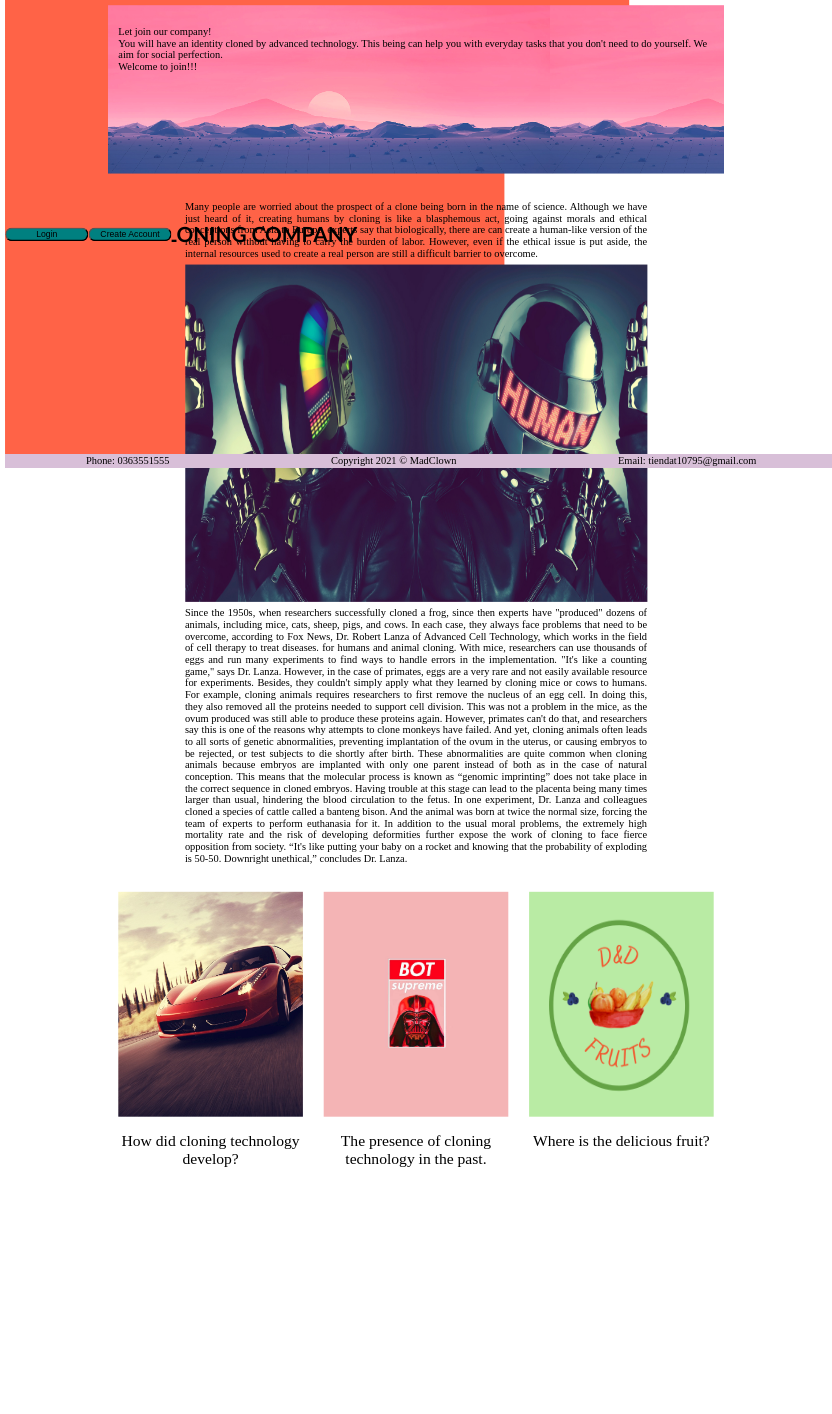
Repository: madd107/demo-form
Page: Assigment_FEE/CaseStudy_1.html
An editor plug-in stored every save of this project. The page is shown before and after the next save, followed by the edit.
The browser window is 1280 px wide. The pictures show the whole page, at 65% of full size.

Above is the page before, as saved 2021-10-01 01:37:20.

### Assigment_FEE/CaseStudy_1.html
<!DOCTYPE html>
<html lang="en">
  <head>
    <meta charset="UTF-8" />
    <meta http-equiv="X-UA-Compatible" content="IE=edge" />
    <meta name="viewport" content="width=device-width, initial-scale=1.0" />
    <title>CaseStudy_1</title>
    <link rel="stylesheet" href="css/CaseStudy_1.css" />
  </head>
  <body>
    <div class="wrapper">
      <div class="wrapper topbar">
        <li class="topbar logo">
          <img src="image/Screenshot from 2021-09-29 23-32-12.png" alt="" />
        </li>
        <li class="topbar title">
          <h1>Cloning Company</h1>
        </li>
        <li class="topbar login">
          <button>Login</button>
          <button>Create Account</button>
        </li>
      </div>
      <div class="wrapper main">
        <div class="main header">
          <p>
            Let join our company! <br />
            You will have an identity cloned by advanced technology. This being
            can help you with everyday tasks that you don't need to do yourself.
            We aim for social perfection. <br />
            Welcome to join!!!
          </p>
        </div>
        <div class="main content">
          <p>
            Many people are worried about the prospect of a clone being born in
            the name of science. Although we have just heard of it, creating
            humans by cloning is like a blasphemous act, going against morals
            and ethical conceptions from Asia to Europe, experts say that
            biologically, there are can create a human-like version of the real
            person without having to carry the burden of labor. However, even if
            the ethical issue is put aside, the internal resources used to
            create a real person are still a difficult barrier to overcome.
          </p>
          <img src="image/wallpaper_hd_by_sinhvienit (25).JPG" alt="" />
          <p>
            Since the 1950s, when researchers successfully cloned a frog, since
            then experts have "produced" dozens of animals, including mice,
            cats, sheep, pigs, and cows. In each case, they always face problems
            that need to be overcome, according to Fox News, Dr. Robert Lanza of
            Advanced Cell Technology, which works in the field of cell therapy
            to treat diseases. for humans and animal cloning. With mice,
            researchers can use thousands of eggs and run many experiments to
            find ways to handle errors in the implementation. "It's like a
            counting game," says Dr. Lanza. However, in the case of primates,
            eggs are a very rare and not easily available resource for
            experiments. Besides, they couldn't simply apply what they learned
            by cloning mice or cows to humans. For example, cloning animals
            requires researchers to first remove the nucleus of an egg cell. In
            doing this, they also removed all the proteins needed to support
            cell division. This was not a problem in the mice, as the ovum
            produced was still able to produce these proteins again. However,
            primates can't do that, and researchers say this is one of the
            reasons why attempts to clone monkeys have failed. And yet, cloning
            animals often leads to all sorts of genetic abnormalities,
            preventing implantation of the ovum in the uterus, or causing
            embryos to be rejected, or test subjects to die shortly after birth.
            These abnormalities are quite common when cloning animals because
            embryos are implanted with only one parent instead of both as in the
            case of natural conception. This means that the molecular process is
            known as “genomic imprinting” does not take place in the correct
            sequence in cloned embryos. Having trouble at this stage can lead to
            the placenta being many times larger than usual, hindering the blood
            circulation to the fetus. In one experiment, Dr. Lanza and
            colleagues cloned a species of cattle called a banteng bison. And
            the animal was born at twice the normal size, forcing the team of
            experts to perform euthanasia for it. In addition to the usual moral
            problems, the extremely high mortality rate and the risk of
            developing deformities further expose the work of cloning to face
            fierce opposition from society. “It's like putting your baby on a
            rocket and knowing that the probability of exploding is 50-50.
            Downright unethical,” concludes Dr. Lanza.
          </p>
        </div>
        <div class="main box">
          <div class="main box news">
            <img src="image/Screenshot from 2021-09-30 00-28-13.png" alt="" />
            <a href="https://cloningcompay.com/">
              How did cloning technology develop?
            </a>
          </div>
          <div class="main box news">
            <img src="image/Screenshot from 2021-09-30 00-30-25.png" alt="" />
            <a href="https://cloningcompay.com/">
              The presence of cloning technology in the past.
            </a>
          </div>
          <div class="main box news">
            <img src="image/D&D Fruits.png" alt="" />
            <a href="https://cloningcompay.com/">
              Where is the delicious fruit?
            </a>
          </div>
        </div>
      </div>
      <div class="wrapper footer">
        <li>Phone: 0363551555</li>
        <li>Copyright 2021 © MadClown</li>
        <li>Email: tiendat10795@gmail.com</li>
      </div>
    </div>
  </body>
</html>

### Assigment_FEE/css/CaseStudy_1.css
.wrapper {
  margin: 0 auto;
  width: 100%;
  height: 2160px;
  /* background-color: whitesmoke; */
  position: relative;
}
.topbar {
  /* margin: 0 auto; */
  width: 75%;
  height: 10%;
  display: flex;
  justify-content: space-between;
  background-color: tomato;
  position: fixed;
  top: 0;
}
.logo {
  margin: 0 auto;
  width: 20%;
  height: 90%;
  /* position: absolute; */
  /* left: 5%; */
}
img.logo {
  width: 100%;
  height: 100%;
  border-radius: 50%;
  margin: 5px 5px;
  border: wheat solid 2px;
}
.title {
  margin: 0 auto;
  width: 60%;
  height: 100%;
  display: flex;
  justify-content: center;
  align-items: center;
}
.title h1 {
  text-transform: uppercase;
  color: black;
  text-align: center;
  font-family: "Trebuchet MS", "Lucida Sans Unicode", "Lucida Grande",
    "Lucida Sans", Arial, sans-serif;
}
.login {
  margin: 0 auto;
  width: 20%;
  height: 100%;
  display: flex;
  align-items: center;
}
.login button {
  background-color: teal;
  border-radius: 20px;
  width: 50%;
}
.login button:hover {
  color: yellowgreen;
}
.main {
  margin: 0 auto;
  width: 75%;
  height: 80%;
  display: flex;
  flex-wrap: wrap;
}
.main.header {
  margin: 0 auto;
  background-image: url(/Assigment_FEE/image/Screenshot\ from\ 2021-09-29\ 23-49-43.png);
  width: 100%;
  height: 15%;
  background-size: 680px;
}
.main.header p {
  padding: 1em;
}
.main.content {
  margin: 1em auto;
  width: 75%;
  height: 60%;
}
.main.content img {
  width: 100%;
  height: 50%;
}
.main.content p {
  margin: 0 auto;
  height: auto;
  text-align: justify;
  padding: 0.5em 0;
}
.main.box {
  margin: 0 auto;
  width: 100%;
  height: 20%;
  display: flex;
  flex-wrap: wrap;
}
.main.box.news:nth-child(1) {
  width: 30%;
  height: 100%;
}
.main.box.news:nth-child(1) img {
  width: 100%;
  height: 100%;
}
.main.box.news:nth-child(1) a {
  margin: 1em auto;
  text-align: center;
  align-items: center;
  text-decoration: none;
  font-size: x-large;
  color: black;
}
.main.box.news:nth-child(2) {
  width: 30%;
  height: 100%;
}
.main.box.news:nth-child(2) img {
  width: 100%;
  height: 100%;
}
.main.box.news:nth-child(2) a {
  margin: 1em auto;
  text-align: center;
  align-items: center;
  text-decoration: none;
  font-size: x-large;
  color: black;
}
.main.box.news:nth-child(3) {
  width: 30%;
  height: 100%;
}
.main.box.news:nth-child(3) img {
  width: 100%;
  height: 100%;
}
.main.box.news:nth-child(3) a {
  margin: 1em auto;
  text-align: center;
  align-items: center;
  text-decoration: none;
  font-size: x-large;
  color: black;
}
a:hover {
  opacity: 0.5;
  color: aqua;
}
.footer {
  width: 100%;
  height: 3%;
  display: flex;
  justify-content: space-around;
  list-style-type: none;
  align-items: center;
  background-color: thistle;
  position: fixed;
  bottom: 0;
}
@media only screen and (max-width: 768px) {
  .main.content {
    margin: 1em auto;
    width: 75%;
    height: auto;
  }
  .main.content img {
    width: 100%;
    height: 20%;
  }
  .main.content p {
    margin: 1rem auto;
    width: 100%;
    height: auto;
    align-items: center;
    text-align: justify;
    padding: 0.5em 0;
  }
  .main.box {
    margin: 5em auto;
    width: 85%;
    height: 10%;
    display: flex;
    flex-wrap: wrap;
  }
  .main.box.news:nth-child(1) {
    width: 100%;
    height: 100%;
  }
  .main.box.news:nth-child(2) {
    width: 100%;
    height: 100%;
  }
  .main.box.news:nth-child(3) {
    width: 100%;
    height: 100%;
  }
  .main.box.news img {
    width: 100%;
    height: 100%;
  }
  .main.box.news a {
    margin: 1em auto;
    text-align: center;
    align-items: center;
    text-decoration: none;
    font-size: x-large;
    color: black;
  }
  a:hover {
    opacity: 0.5;
    color: aqua;
  }
}

After the next save:
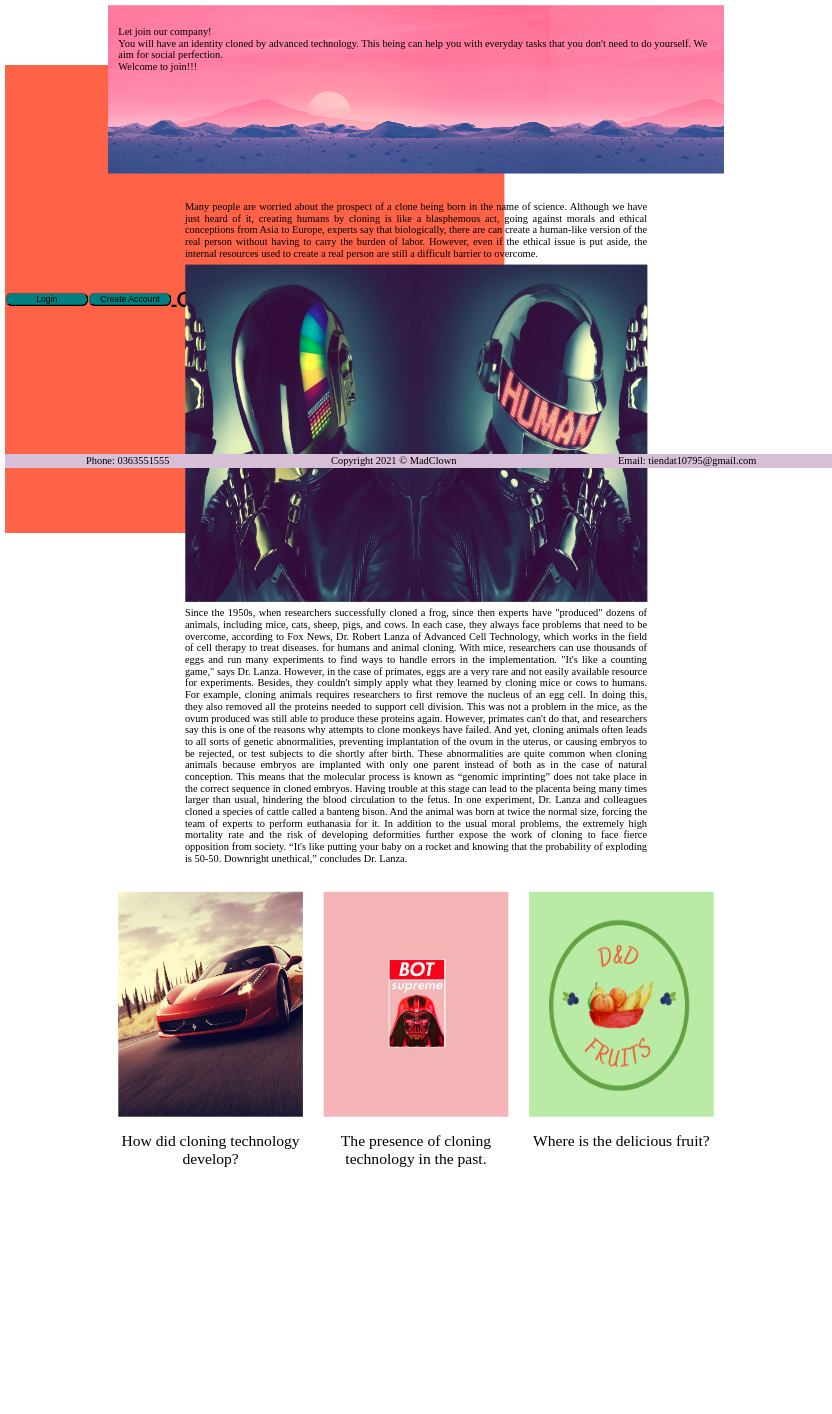
Saved 17 s later.
--- a/Assigment_FEE/css/CaseStudy_1.css
+++ b/Assigment_FEE/css/CaseStudy_1.css
@@ -13,7 +13,7 @@
   justify-content: space-between;
   background-color: tomato;
   position: fixed;
-  top: 0;
+  top: 100px;
 }
 .logo {
   margin: 0 auto;
